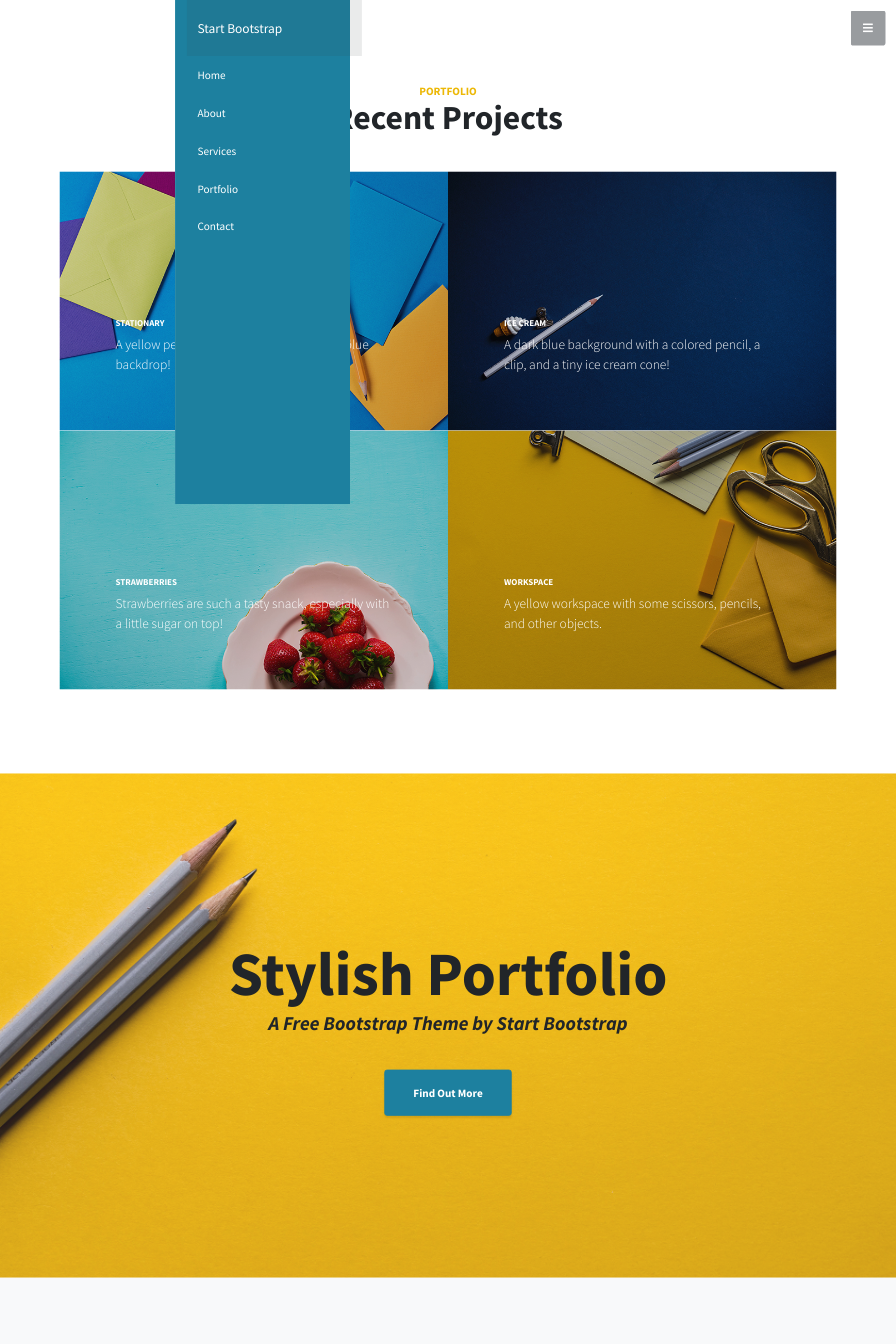
Repository: Williams94/Williams94.github.io
Page: index.html
These files come from the project's save history. The page is drawn as it stood at one moment and after the next save; the edit follows.
The browser window is 1280 px wide. The pictures show the part of the page from y = 0 to 1920 px (the page is 4677 px tall), at 70% of full size.

Above is the page before, as saved 2019-07-06 12:51:56.

### index.html
<!DOCTYPE html>
<html lang="en">

<head>

  <meta charset="utf-8">
  <meta name="viewport" content="width=device-width, initial-scale=1, shrink-to-fit=no">
  <meta name="description" content="">
  <meta name="author" content="">

  <title>Stylish Portfolio - Start Bootstrap Template</title>

  <!-- Bootstrap Core CSS -->
  <link href="vendor/bootstrap/css/bootstrap.min.css" rel="stylesheet">

  <!-- Custom Fonts -->
  <link href="vendor/fontawesome-free/css/all.min.css" rel="stylesheet" type="text/css">
  <link href="https://fonts.googleapis.com/css?family=Source+Sans+Pro:300,400,700,300italic,400italic,700italic" rel="stylesheet" type="text/css">
  <link href="vendor/simple-line-icons/css/simple-line-icons.css" rel="stylesheet">

  <!-- Custom CSS -->
  <link href="css/stylish-portfolio.min.css" rel="stylesheet">

</head>

<body id="page-top">

  <!-- Navigation -->
  <a class="menu-toggle rounded" href="#">
    <i class="fas fa-bars"></i>
  </a>
  <nav id="sidebar-wrapper" class="navbar navbar-expand-lg navbar-light fixed-top">
    <ul class="sidebar-nav">
      <li class="sidebar-brand">
        <a class="js-scroll-trigger" href="#page-top">Start Bootstrap</a>
      </li>
      <li class="sidebar-nav-item">
        <a class="js-scroll-trigger" href="#page-top">Home</a>
      </li>
      <li class="sidebar-nav-item">
        <a class="js-scroll-trigger" href="#about">About</a>
      </li>
      <li class="sidebar-nav-item">
        <a class="js-scroll-trigger" href="#services">Services</a>
      </li>
      <li class="sidebar-nav-item">
        <a class="js-scroll-trigger" href="#portfolio">Portfolio</a>
      </li>
      <li class="sidebar-nav-item">
        <a class="js-scroll-trigger" href="#contact">Contact</a>
      </li>
    </ul>
  </nav>

  <!-- Portfolio -->
  <section class="content-section" id="portfolio">
    <div class="container">
      <div class="content-section-heading text-center">
        <h3 class="text-secondary mb-0">Portfolio</h3>
        <h2 class="mb-5">Recent Projects</h2>
      </div>
      <div class="row no-gutters">
        <div class="col-lg-6">
          <a class="portfolio-item" href="#">
            <span class="caption">
              <span class="caption-content">
                <h2>Stationary</h2>
                <p class="mb-0">A yellow pencil with envelopes on a clean, blue backdrop!</p>
              </span>
            </span>
            <img class="img-fluid" src="img/portfolio-1.jpg" alt="">
          </a>
        </div>
        <div class="col-lg-6">
          <a class="portfolio-item" href="#">
            <span class="caption">
              <span class="caption-content">
                <h2>Ice Cream</h2>
                <p class="mb-0">A dark blue background with a colored pencil, a clip, and a tiny ice cream cone!</p>
              </span>
            </span>
            <img class="img-fluid" src="img/portfolio-2.jpg" alt="">
          </a>
        </div>
        <div class="col-lg-6">
          <a class="portfolio-item" href="#">
            <span class="caption">
              <span class="caption-content">
                <h2>Strawberries</h2>
                <p class="mb-0">Strawberries are such a tasty snack, especially with a little sugar on top!</p>
              </span>
            </span>
            <img class="img-fluid" src="img/portfolio-3.jpg" alt="">
          </a>
        </div>
        <div class="col-lg-6">
          <a class="portfolio-item" href="#">
            <span class="caption">
              <span class="caption-content">
                <h2>Workspace</h2>
                <p class="mb-0">A yellow workspace with some scissors, pencils, and other objects.</p>
              </span>
            </span>
            <img class="img-fluid" src="img/portfolio-4.jpg" alt="">
          </a>
        </div>
      </div>
    </div>
  </section>

  <!-- Header -->
  <header class="masthead d-flex">
    <div class="container text-center my-auto">
      <h1 class="mb-1">Stylish Portfolio</h1>
      <h3 class="mb-5">
        <em>A Free Bootstrap Theme by Start Bootstrap</em>
      </h3>
      <a class="btn btn-primary btn-xl js-scroll-trigger" href="#about">Find Out More</a>
    </div>
    <div class="overlay"></div>
  </header>

  <!-- About -->
  <section class="content-section bg-light" id="about">
    <div class="container text-center">
      <div class="row">
        <div class="col-lg-10 mx-auto">
          <h2>Stylish Portfolio is the perfect theme for your next project!</h2>
          <p class="lead mb-5">This theme features a flexible, UX friendly sidebar menu and stock photos from our friends at
            <a href="https://unsplash.com/">Unsplash</a>!</p>
          <a class="btn btn-dark btn-xl js-scroll-trigger" href="#services">What We Offer</a>
        </div>
      </div>
    </div>
  </section>

  <!-- Services -->
  <section class="content-section bg-primary text-white text-center" id="services">
    <div class="container">
      <div class="content-section-heading">
        <h3 class="text-secondary mb-0">Services</h3>
        <h2 class="mb-5">What We Offer</h2>
      </div>
      <div class="row">
        <div class="col-lg-3 col-md-6 mb-5 mb-lg-0">
          <span class="service-icon rounded-circle mx-auto mb-3">
            <i class="icon-screen-smartphone"></i>
          </span>
          <h4>
            <strong>Responsive</strong>
          </h4>
          <p class="text-faded mb-0">Looks great on any screen size!</p>
        </div>
        <div class="col-lg-3 col-md-6 mb-5 mb-lg-0">
          <span class="service-icon rounded-circle mx-auto mb-3">
            <i class="icon-pencil"></i>
          </span>
          <h4>
            <strong>Redesigned</strong>
          </h4>
          <p class="text-faded mb-0">Freshly redesigned for Bootstrap 4.</p>
        </div>
        <div class="col-lg-3 col-md-6 mb-5 mb-md-0">
          <span class="service-icon rounded-circle mx-auto mb-3">
            <i class="icon-like"></i>
          </span>
          <h4>
            <strong>Favorited</strong>
          </h4>
          <p class="text-faded mb-0">Millions of users
            <i class="fas fa-heart"></i>
            Start Bootstrap!</p>
        </div>
        <div class="col-lg-3 col-md-6">
          <span class="service-icon rounded-circle mx-auto mb-3">
            <i class="icon-mustache"></i>
          </span>
          <h4>
            <strong>Question</strong>
          </h4>
          <p class="text-faded mb-0">I mustache you a question...</p>
        </div>
      </div>
    </div>
  </section>

  <!-- Callout -->
  <section class="callout">
    <div class="container text-center">
      <h2 class="mx-auto mb-5">Welcome to
        <em>your</em>
        next website!</h2>
      <a class="btn btn-primary btn-xl" href="https://startbootstrap.com/template-overviews/stylish-portfolio/">Download Now!</a>
    </div>
  </section>

  <!-- Call to Action -->
  <section class="content-section bg-primary text-white">
    <div class="container text-center">
      <h2 class="mb-4">The buttons below are impossible to resist...</h2>
      <a href="#" class="btn btn-xl btn-light mr-4">Click Me!</a>
      <a href="#" class="btn btn-xl btn-dark">Look at Me!</a>
    </div>
  </section>

  <!-- Map -->
  <section id="contact" class="map">
    <iframe width="100%" height="100%" frameborder="0" scrolling="no" marginheight="0" marginwidth="0" src="https://maps.google.com/maps?f=q&amp;source=s_q&amp;hl=en&amp;geocode=&amp;q=Twitter,+Inc.,+Market+Street,+San+Francisco,+CA&amp;aq=0&amp;oq=twitter&amp;sll=28.659344,-81.187888&amp;sspn=0.128789,0.264187&amp;ie=UTF8&amp;hq=Twitter,+Inc.,+Market+Street,+San+Francisco,+CA&amp;t=m&amp;z=15&amp;iwloc=A&amp;output=embed"></iframe>
    <br />
    <small>
      <a href="https://maps.google.com/maps?f=q&amp;source=embed&amp;hl=en&amp;geocode=&amp;q=Twitter,+Inc.,+Market+Street,+San+Francisco,+CA&amp;aq=0&amp;oq=twitter&amp;sll=28.659344,-81.187888&amp;sspn=0.128789,0.264187&amp;ie=UTF8&amp;hq=Twitter,+Inc.,+Market+Street,+San+Francisco,+CA&amp;t=m&amp;z=15&amp;iwloc=A"></a>
    </small>
  </section>

  <!-- Footer -->
  <footer class="footer text-center">
    <div class="container">
      <ul class="list-inline mb-5">
        <li class="list-inline-item">
          <a class="social-link rounded-circle text-white mr-3" href="#">
            <i class="icon-social-facebook"></i>
          </a>
        </li>
        <li class="list-inline-item">
          <a class="social-link rounded-circle text-white mr-3" href="#">
            <i class="icon-social-twitter"></i>
          </a>
        </li>
        <li class="list-inline-item">
          <a class="social-link rounded-circle text-white" href="#">
            <i class="icon-social-github"></i>
          </a>
        </li>
      </ul>
      <p class="text-muted small mb-0">Copyright &copy; Your Website 2019</p>
    </div>
  </footer>

  <!-- Scroll to Top Button-->
  <a class="scroll-to-top rounded js-scroll-trigger" href="#page-top">
    <i class="fas fa-angle-up"></i>
  </a>

  <!-- Bootstrap core JavaScript -->
  <script src="vendor/jquery/jquery.min.js"></script>
  <script src="vendor/bootstrap/js/bootstrap.bundle.min.js"></script>

  <!-- Plugin JavaScript -->
  <script src="vendor/jquery-easing/jquery.easing.min.js"></script>

  <!-- Custom scripts for this template -->
  <script src="js/stylish-portfolio.min.js"></script>

</body>

</html>

Loaded but not shown: vendor/bootstrap/css/bootstrap.min.css (library); vendor/fontawesome-free/css/all.min.css (library); vendor/simple-line-icons/css/simple-line-icons.css (library); css/stylish-portfolio.min.css (library); vendor/jquery/jquery.min.js (library); vendor/bootstrap/js/bootstrap.bundle.min.js (library); vendor/jquery-easing/jquery.easing.min.js (common file); js/stylish-portfolio.min.js (common file)

After the next save:
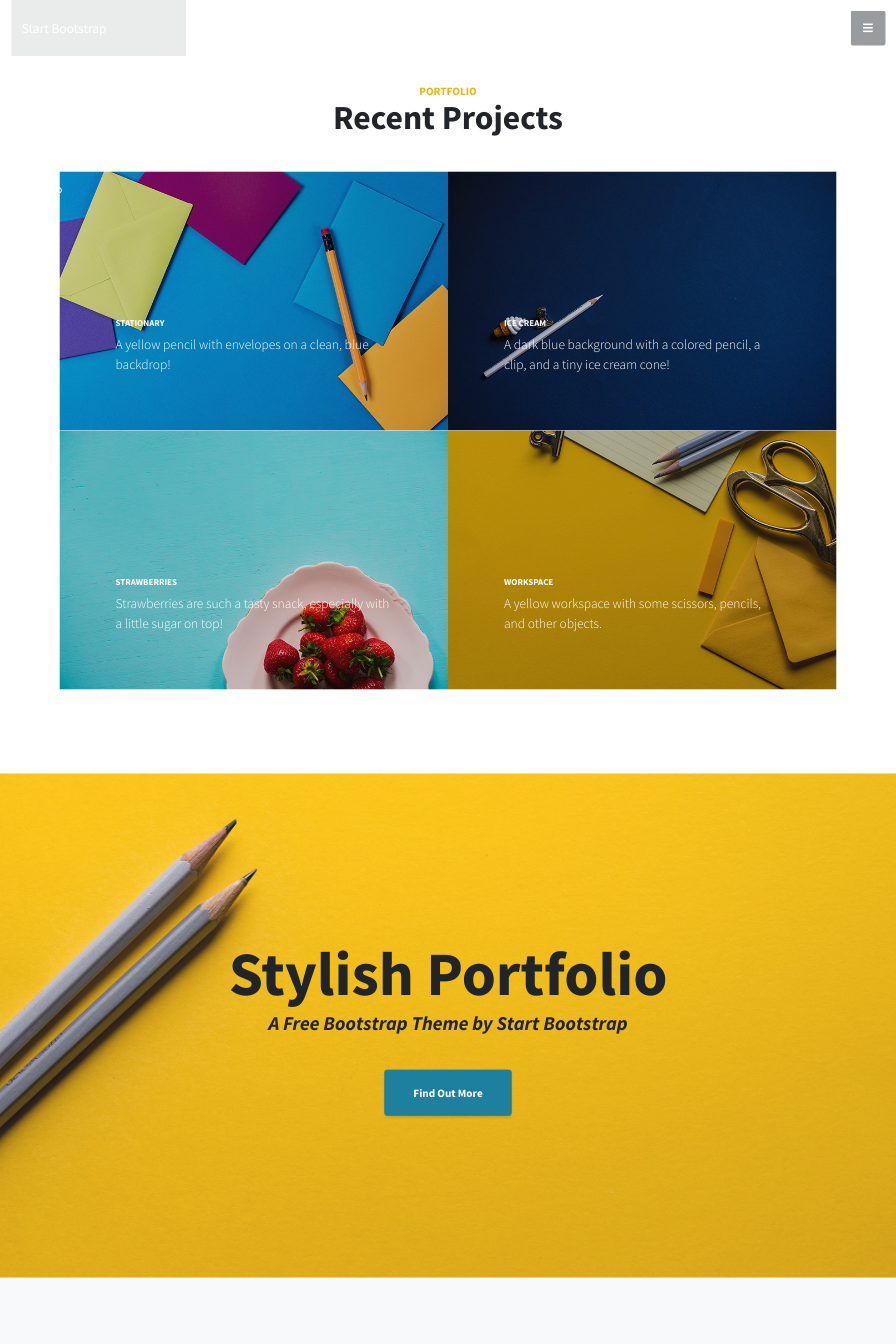
Saved 9 s later.
--- a/index.html
+++ b/index.html
@@ -29,7 +29,7 @@
   <a class="menu-toggle rounded" href="#">
     <i class="fas fa-bars"></i>
   </a>
-  <nav id="sidebar-wrapper" class="navbar navbar-expand-lg navbar-light fixed-top">
+  <nav class="navbar navbar-expand-lg navbar-light fixed-top">
     <ul class="sidebar-nav">
       <li class="sidebar-brand">
         <a class="js-scroll-trigger" href="#page-top">Start Bootstrap</a>
